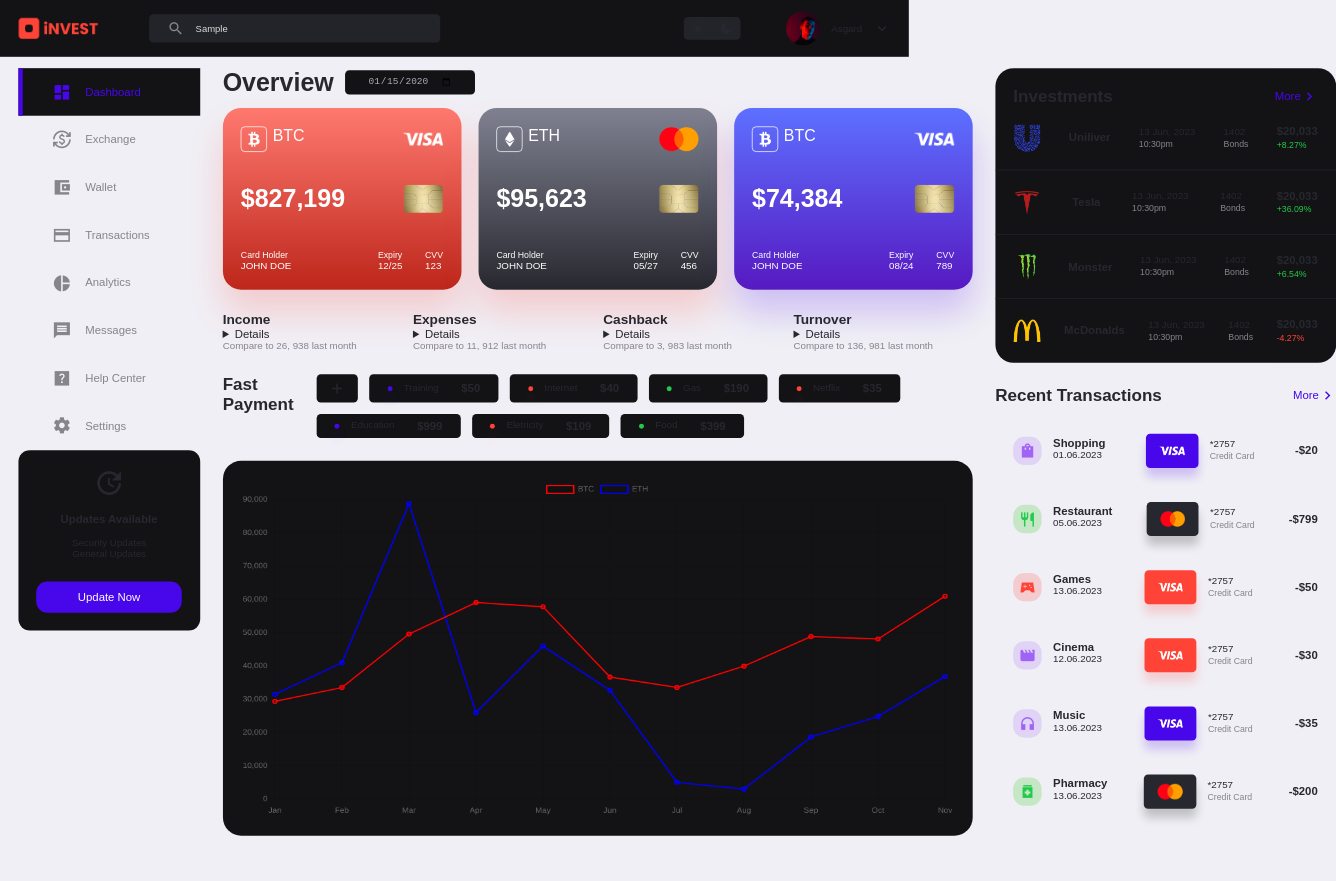
Repository: eziocdl/Admin_Dash
Page: index.html
These files come from the project's save history. The page is drawn as it stood at one moment and after the next save; the edit follows.
The browser window is 1280 px wide. The page is 1882 px wide, so the pictures cover 1882 px, including what lies to the right of the window. The pictures show the whole page, at 71% of full size.
Empty fields were first filled with sample values (such as "Sample", 5 or name@example.com).
After loading, the first visible `div.theme-btn` was clicked once.
Some web libraries are served in a nearby version.

Above is the page before, as saved 2023-06-15 23:16:46.

After the next save:
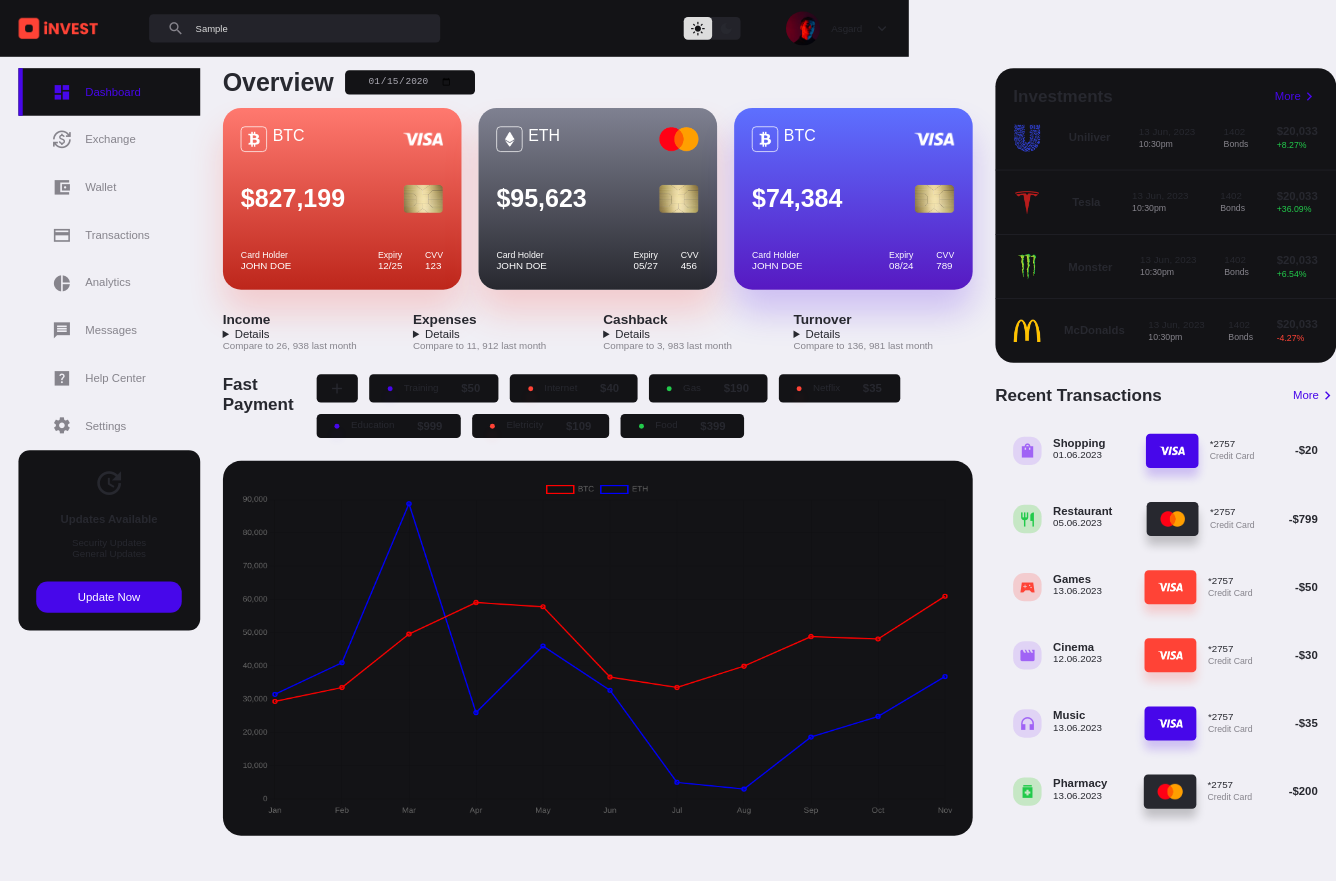
Saved 37 s later.
--- a/main.js
+++ b/main.js
@@ -51,5 +51,7 @@
 themeBtn.addEventListener('click', () => {
   document.body.classList.toggle('dark-theme');
 
-  themeBtn.querySelector('span:first-child').classList.toggle('active')
+  themeBtn.querySelector('span:first-child').classList.toggle('active');
+  themeBtn.querySelector('span:first-child').classList.toggle('active');
+
 })
